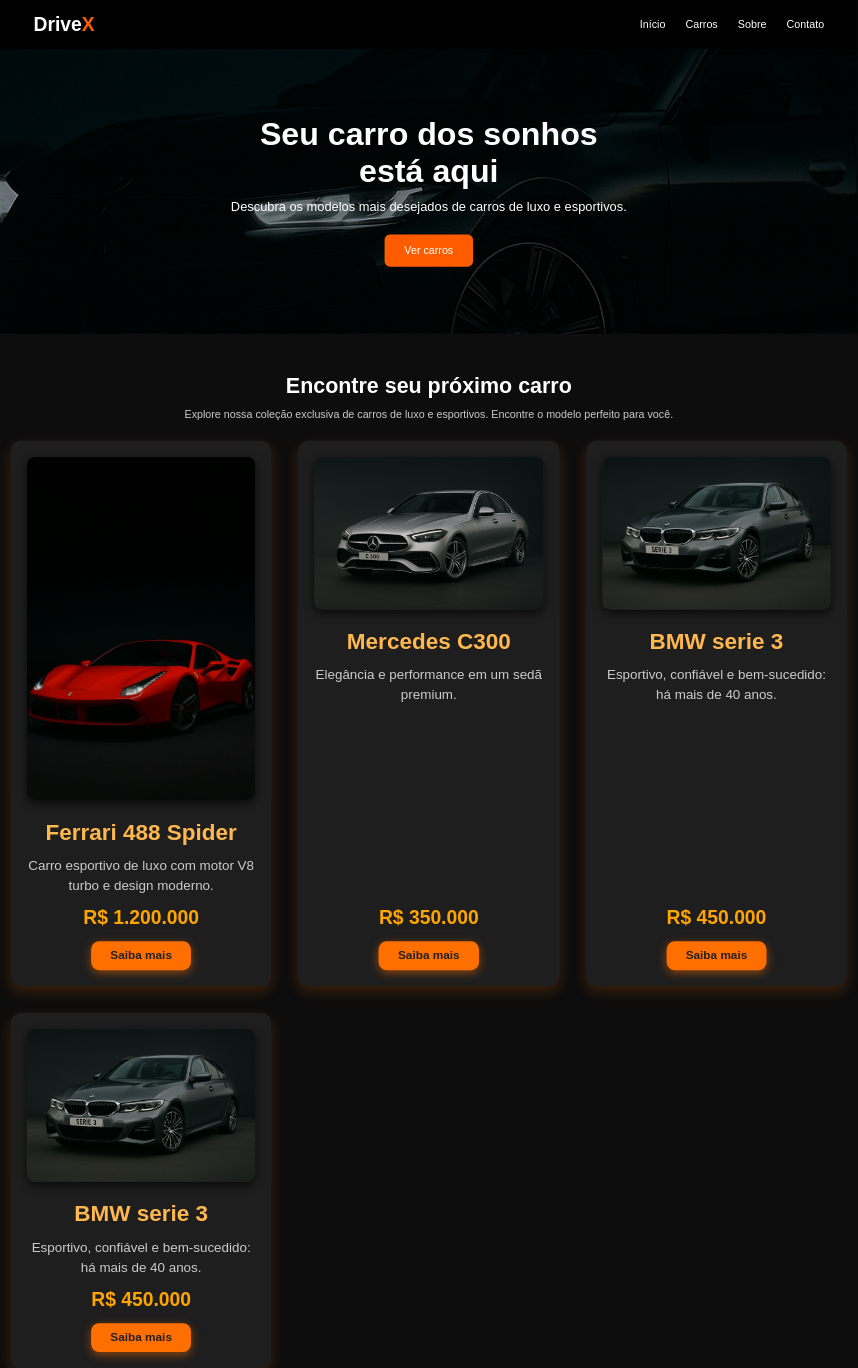
Repository: Mateushlp/DriveX
Page: index.html
These files come from the project's save history. The page is drawn as it stood at one moment and after a run of saves; the edit follows.
The browser window is 1280 px wide. The pictures show the whole page, at 67% of full size.

Above is the page before, as saved 2025-06-23 21:59:49.

After the next 2 saves:
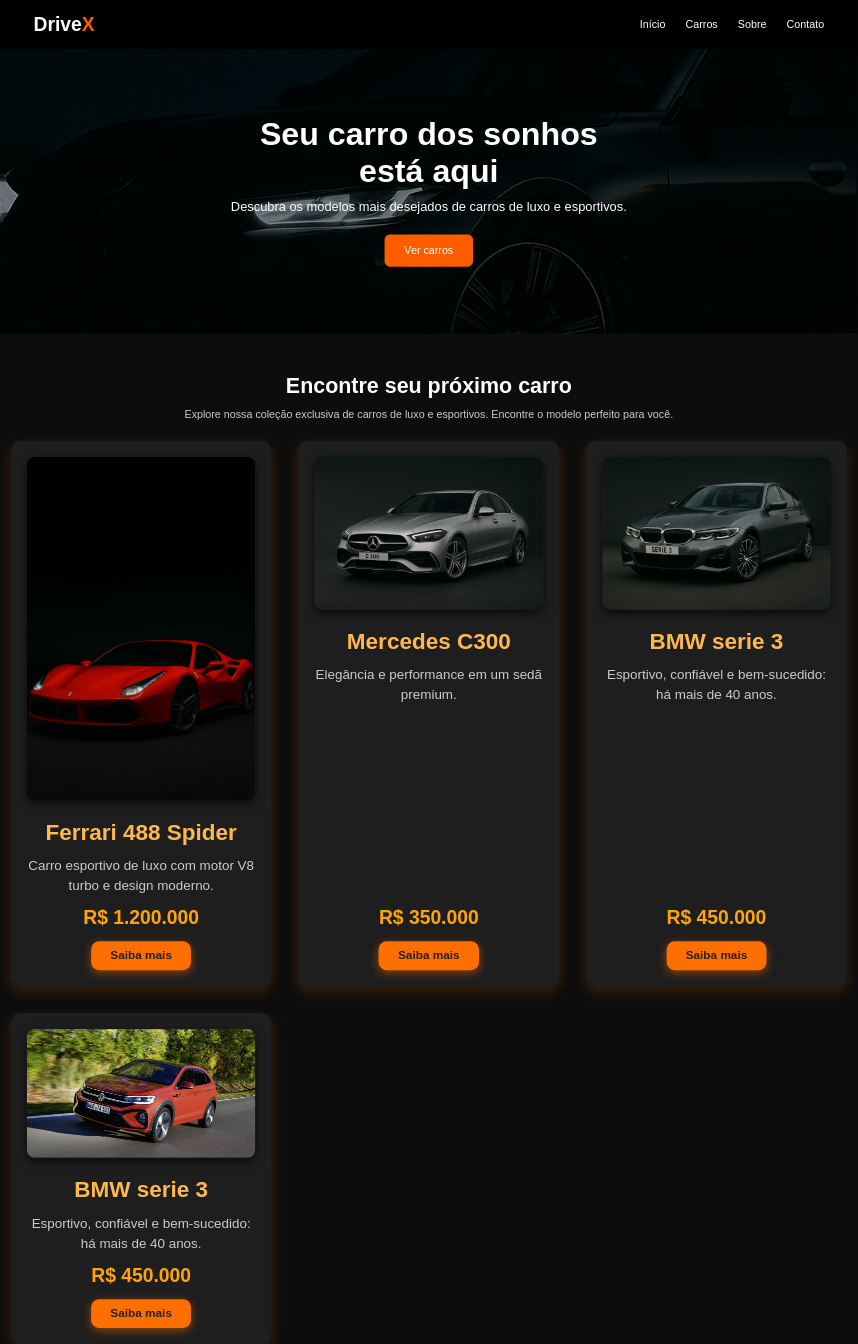
The 2 saves are shown as one change because they came seconds apart.
The last was saved 39 s later.
--- a/index.html
+++ b/index.html
@@ -72,7 +72,7 @@
         <button class="btn-detalhes" data-modelo="BMW serie 3">Saiba mais</button>
       </div>
       <div class="card-carro">
-        <img src="./img/serie 3.png" alt="BMW serie 3" />
+        <img src="./img/nivus.jpg" alt="BMW serie 3" />
         <h3>BMW serie 3</h3>
         <p>Esportivo, confiável e bem-sucedido: há mais de 40 anos.</p>
         <strong>R$ 450.000</strong>
